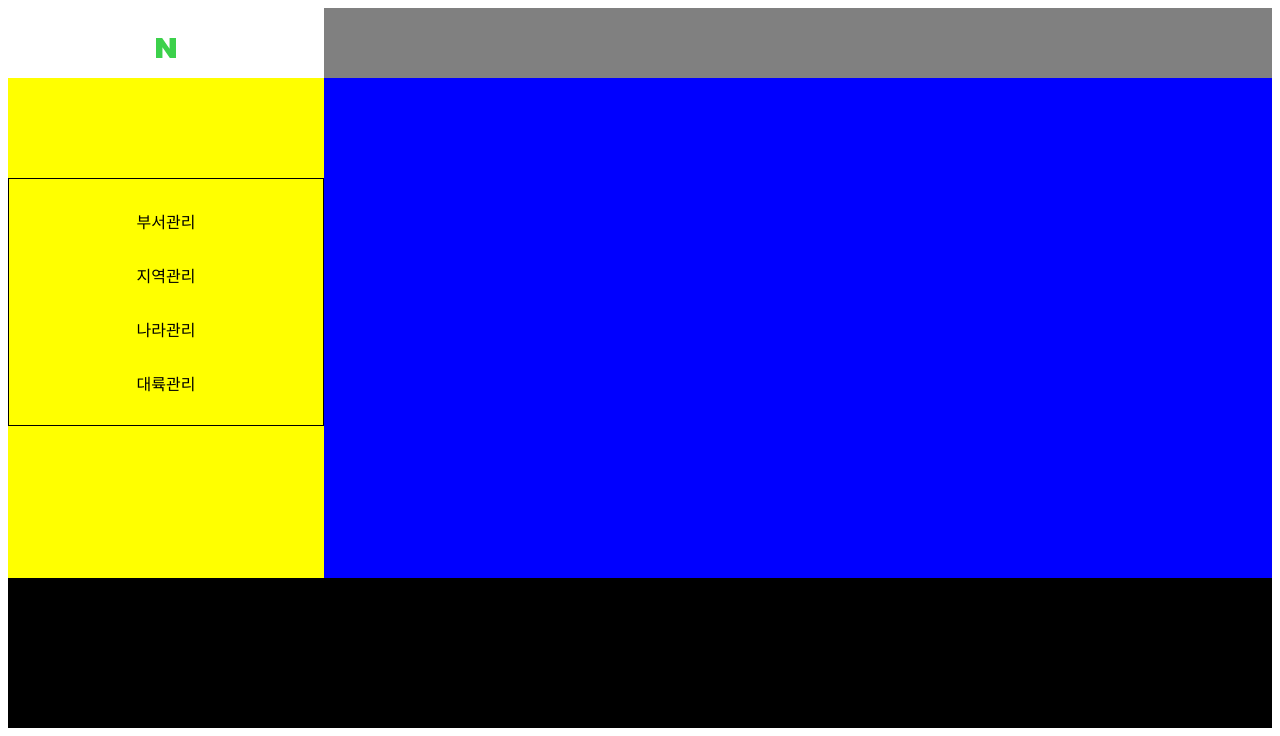
Repository: mireu930/Serverlet_App
Page: src/build/classes/webapp/template/layout.html
The author's editor kept a copy of each file at every save. The page is drawn from the files as they stood at one save, then again after the next save.
The browser window is 1280 px wide. The pictures show the whole page.

Above is the page before, as saved 2025-02-07 12:00:46.

### src/build/classes/webapp/template/layout.html
<!DOCTYPE html>
<html lang="en">
<head>
  <meta charset="UTF-8">
  <meta name="viewport" content="width=device-width, initial-scale=1.0">
  <title>Document</title>
  <style>
    header {
  width: 100%;
  height: 70px;
  /* background-color: gray; */
}

.wrap_left{
  display: flex;
}

.left {
  width: 25%;
  height: 100%;

}

.right {
  width: 75%;
  height: 100%;
}

.logo {
  /* background-color:aqua; */
  box-sizing: border-box;
  /* padding: 20px 60px; */
}

.logo img {
  display: block;
  margin: 30px auto;
}

.menu {
  background-color:gray;

}

.content {
  width: 100%;
  height: 500px;
  /* background-color: red; */
}

.content_left {
  background-color:yellow;
  padding: auto 0;
}

.content_left ul {
  list-style: none;
  border: 1px black solid;
  margin: 100px 0;
  /* text-align: center; */
  padding: 0;
}

.content_left ul li {
  margin: 30px 0;
  /* border: 1px black solid; */
  display: block;
  text-align: center;
}

.content_right {
  background-color:blue
}

footer {
  width: 100%;
  height: 150px;
  background-color: black;
}
  </style>
</head>
<body>
  <header class = "wrap_left">
    <div class = "left logo" >
      <img src = "/naver_sports/images/네이버.svg">
    </div>
    <div class = "right menu">

    </div>
  </header>
  <section class = "wrap_left content">
    <div class = "left content_left">
      <ul>
        <li>부서관리</li>
        <li>지역관리</li>
        <li>나라관리</li>
        <li>대륙관리</li>
      </ul>
    </div>
    <div class = " right content_right">

    </div>
  </section>
  <footer class = "wrap_left">
    <div class = "left footer_left">

    </div>
    <div class = "right footer_right">

    </div>
  </footer>

</body>
</html>

After the next save:
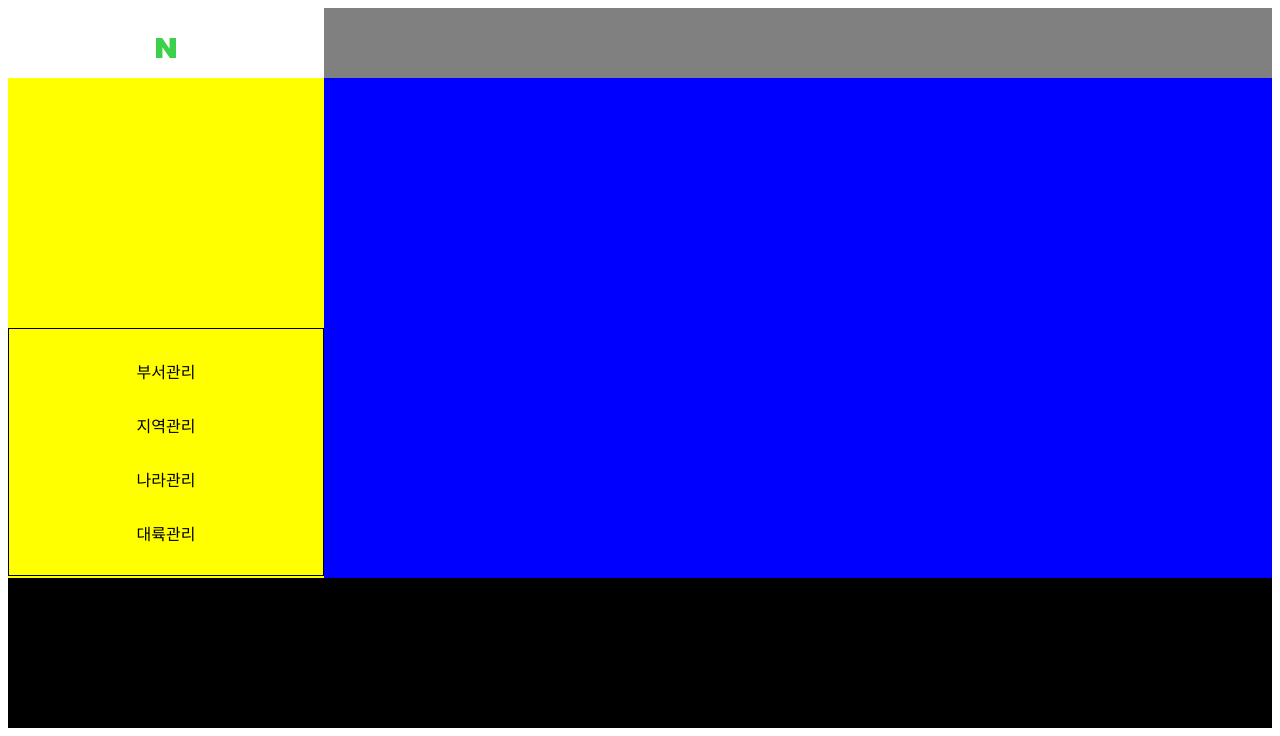
Saved 26 s later.
--- a/src/build/classes/webapp/template/layout.html
+++ b/src/build/classes/webapp/template/layout.html
@@ -56,7 +56,7 @@
 .content_left ul {
   list-style: none;
   border: 1px black solid;
-  margin: 100px 0;
+  margin: 250px 0;
   /* text-align: center; */
   padding: 0;
 }
